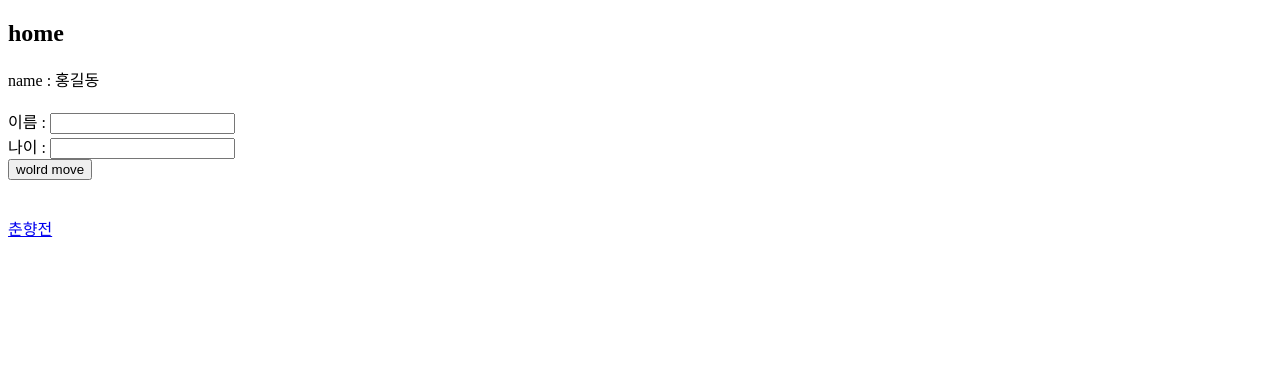
Repository: suhong99/springEclitest
Page: http://localhost/springSample2/home.do
An editor plug-in stored every save of this project. The page is shown before and after the next save, followed by the edit.
The browser window is 1280 px wide. The pictures show the whole page.
The page is served by Tomcat 9.

Above is the page before, as saved 2023-07-11 06:08:51.

After the next save:
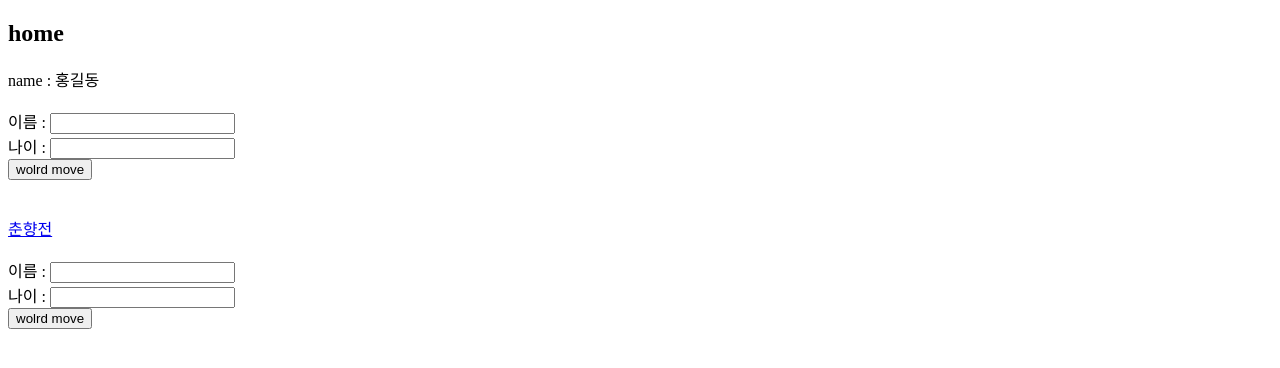
Saved 34 s later.
--- a/SpringFramworkSamples/springSample2/src/main/webapp/WEB-INF/views/home.jsp
+++ b/SpringFramworkSamples/springSample2/src/main/webapp/WEB-INF/views/home.jsp
@@ -23,5 +23,12 @@ name : <%= name %>
 
 <br><br>
 <a href="world.do?name=성춘향&age=18">춘향전</a>
+
+<br><br>
+<form action="world.do" method="post">
+이름 : <input type="text" name="name"><br>
+나이 : <input type="text" name="age"><br>
+<input type="submit" value="wolrd move">
+</form>
 </body>
 </html>
